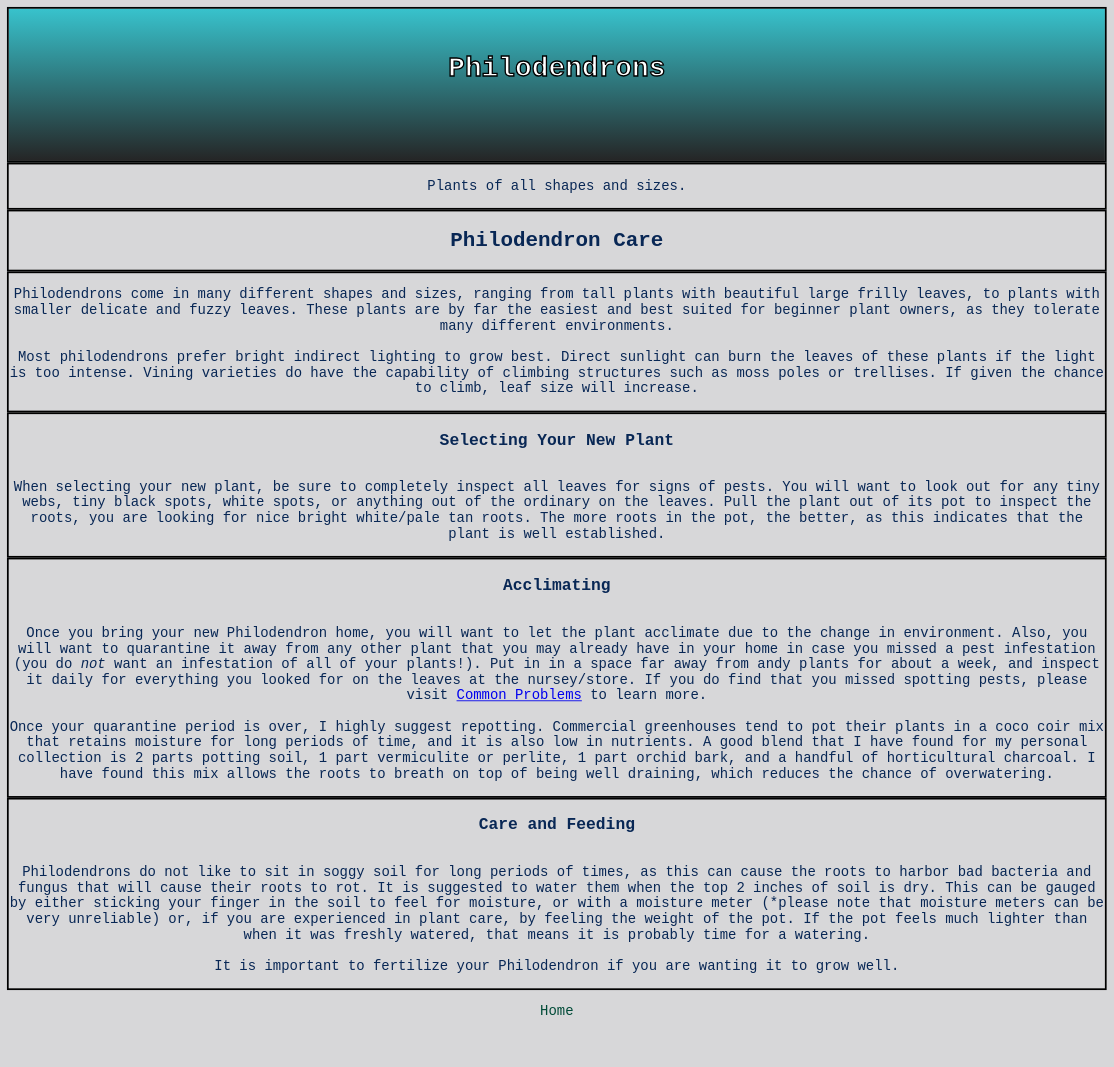
Repository: swillis91/odin-recipies
Page: Planty Page/philodendrons.html
These files come from the project's save history. The page is drawn as it stood at one moment and after the next save; the edit follows.
The browser window is 1280 px wide. The pictures show the whole page, at 87% of full size.

Above is the page before, as saved 2023-08-14 23:58:25.

### Planty Page/philodendrons.html
<!DOCTYPE html>
    <html>
        <head>
            <title>Calatheas</title>
            <link href="style.css" rel="stylesheet"
        </head>
        <body>
            <div class="Header">
            <h1 class="heading">Philodendrons</h1>
            </div>
            <div class="box">
              <p>Plants of all shapes and sizes.</p>
            </div>
            <div class="box">
            <h2 class="species">Philodendron Care</h2>
            </div>
            <div class="box">
                <p class="care">Philodendrons come in many different shapes and sizes, ranging from tall plants with beautiful large frilly leaves, to plants with smaller delicate and fuzzy leaves. These plants are by far the easiest and best suited for beginner plant owners, as they tolerate many different environments.
                <br>
                <br>
                Most philodendrons prefer bright indirect lighting to grow best. Direct sunlight can burn the leaves of these plants if the light is too intense. Vining varieties do have the capability of climbing structures such as moss poles or trellises. If given the chance to climb, leaf size will increase.</p>
            </div>
            <div class="box">
                <h3>Selecting Your New Plant</h3>
                <p>When selecting your new plant, be sure to completely inspect all leaves for signs of pests. You will want to look out for any tiny webs, tiny black spots, white spots, or anything out of the ordinary on the leaves. Pull the plant out of its pot to inspect the roots, you are looking for nice bright white/pale tan roots. The more roots in the pot, the better, as this indicates that the plant is well established.</p>
            </div>
            <div class="box">
                <h3>Acclimating</h3>
                <p>Once you bring your new Philodendron home, you will want to let the plant acclimate due to the change in environment. Also, you will want to quarantine it away from any other plant that you may already have in your home in case you missed a pest infestation (you do <em>not</em> want an infestation of all of your plants!). Put in in a space far away from andy plants for about a week, and inspect it daily for everything you looked for on the leaves at the nursey/store. If you do find that you missed spotting pests, please visit <a href='./problems'>Common Problems</a> to learn more.
                <br><br>
                Once your quarantine period is over, I highly suggest repotting. Commercial greenhouses tend to pot their plants in a coco coir mix that retains moisture for long periods of time, and it is also low in nutrients. A good blend that I have found for my personal collection is 2 parts potting soil, 1 part vermiculite or perlite, 1 part orchid bark, and a handful of horticultural charcoal. I have found this mix allows the roots to breath on top of being well draining, which reduces the chance of overwatering.</p>
            </div>
            <div class="box">
                <h3>Care and Feeding</h3>
                    <p>Philodendrons do not like to sit in soggy soil for long periods of times, as this can cause the roots to harbor bad bacteria and fungus that will cause their roots to rot. It is suggested to water them when the top 2 inches of soil is dry. This can be gauged by either sticking your finger in the soil to feel for moisture, or with a moisture meter (*please note that moisture meters can be very unreliable) or, if you are experienced in plant care, by feeling the weight of the pot. If the pot feels much lighter than when it was freshly watered, that means it is probably time for a watering.
                        <br><br>
                    It is important to fertilize your Philodendron if you are wanting it to grow well.
                    </p>
            </div>
              </p>
                <!--img src="./Images/makoyana.webp" id="calathea makoyana" width="700px"-->
            <footer>
                <nav>
                    <a href="./index.html" class="navigation">Home</a>

                </nav>
            </footer>
        </body>
    </html>

### Planty Page/style.css
body{
    background-color: rgb(215, 215, 217);
    color:rgb(8, 39, 85);
    text-align: center;
    font-family: 'Permanent Marker', cursive;
    font-family: 'Space Mono', monospace;
}

.heading{
    color: rgb(0, 0, 0);
    -webkit-text-fill-color: rgb(255, 255, 255);
    -webkit-text-stroke-width: 1.5px;
    -webkit-text-stroke-color: rgb(0, 0, 0);
    text-transform: capitalize;
    border: 2px solid rgb(0, 3, 3);
    background-image: linear-gradient(rgba(15, 189, 201, 0.795), rgba(0, 0, 0, 0.827));
    height: 75px;
    margin: 0 auto;
    padding:50px 20px;

}

div.box{
    border:2px solid black;
    display: flex;
    margin-left: auto;
    flex-direction:column;
    align-content: center;
}

#calathea-makoyana{
    width: 500px;
    Height: auto:
}

.navigation{
    color:rgb(1, 75, 56);
    text-decoration: none;
}

a:hover{
    color: rgb(20, 220, 2);
    background-color: rgb(5, 55, 1);
}

After the next save:
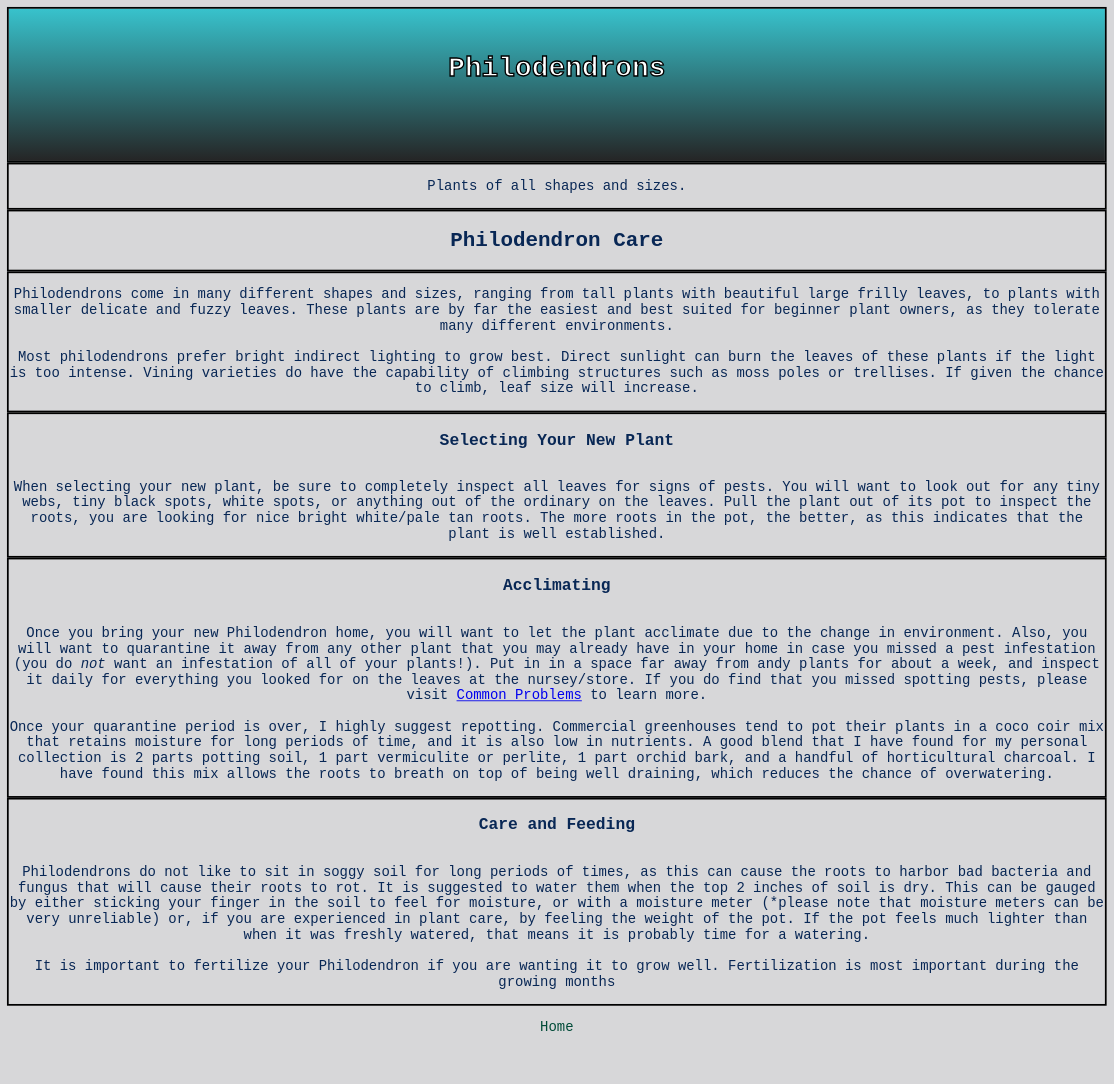
Saved 15 s later.
--- a/Planty Page/philodendrons.html
+++ b/Planty Page/philodendrons.html
@@ -34,7 +34,7 @@
                 <h3>Care and Feeding</h3>
                     <p>Philodendrons do not like to sit in soggy soil for long periods of times, as this can cause the roots to harbor bad bacteria and fungus that will cause their roots to rot. It is suggested to water them when the top 2 inches of soil is dry. This can be gauged by either sticking your finger in the soil to feel for moisture, or with a moisture meter (*please note that moisture meters can be very unreliable) or, if you are experienced in plant care, by feeling the weight of the pot. If the pot feels much lighter than when it was freshly watered, that means it is probably time for a watering.
                         <br><br>
-                    It is important to fertilize your Philodendron if you are wanting it to grow well.
+                    It is important to fertilize your Philodendron if you are wanting it to grow well. Fertilization is most important during the growing months
                     </p>
             </div>
               </p>
